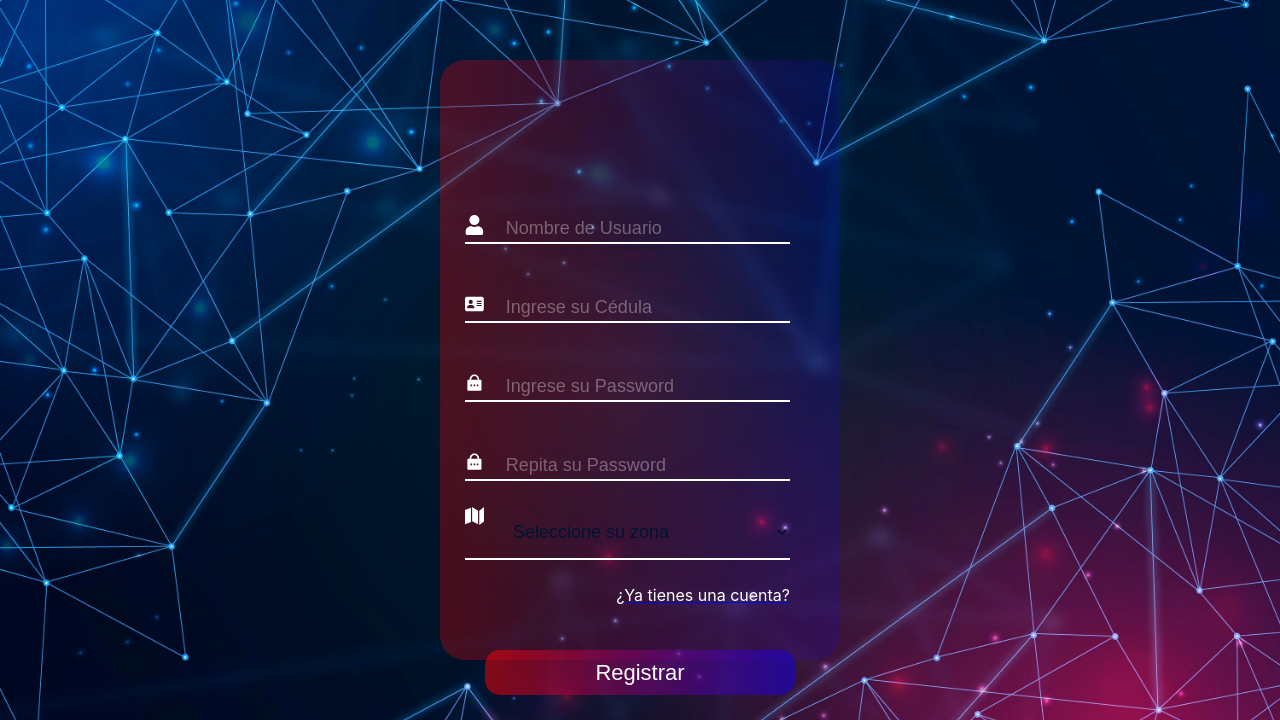
Repository: Davic1o/municipio
Page: /Registro
The author's editor kept a copy of each file at every save. The page is drawn from the files as they stood at one save, then again after the next save.
The browser window is 1280 px wide. The pictures show the whole page.
The project was rebuilt for these pictures with package versions that can differ from the ones it lists, and the page was loaded fresh each time. Also part of the build but not shown: src/pages/Login/Login.jsx, src/pages/Administrador/Admin.jsx, src/pages/Coord/Coord.jsx, src/pages/User/User.jsx, src/pages/ConfirmacionRegistro/ConfirmacionRegistro.jsx.

Above is the page before, as saved 2024-02-06 20:28:44.

### src/index.js
import React from 'react';
import ReactDOM from 'react-dom/client';
import './index.css';
import App from './App';
import { BrowserRouter } from 'react-router-dom';

const root = ReactDOM.createRoot(document.getElementById('root'));
root.render(
  <BrowserRouter>
    <App />
   </BrowserRouter>
);

### src/index.css
body {
  margin: 0;
  font-family: -apple-system, BlinkMacSystemFont, 'Segoe UI', 'Roboto', 'Oxygen',
    'Ubuntu', 'Cantarell', 'Fira Sans', 'Droid Sans', 'Helvetica Neue',
    sans-serif;
  -webkit-font-smoothing: antialiased;
  -moz-osx-font-smoothing: grayscale;
}

code {
  font-family: source-code-pro, Menlo, Monaco, Consolas, 'Courier New',
    monospace;
}
input{
  text-decoration: none;
  border: none;
}
button{
  background-color: transparent;
  text-decoration: none;
  border: none;
}

### src/App.jsx

import './App.css';
import Rutas from './routes/Rutas';

function App() {
  return (
    <div className="App">
      <Rutas/>
    </div>
  );
}

export default App;

### src/routes/Rutas.jsx
import React from 'react'
import { Routes, Route } from 'react-router-dom';
import Login from '../pages/Login/Login';
import Admin from '../pages/Administrador/Admin';
import Coord from '../pages/Coord/Coord';
import User from '../pages/User/User';
import Register from '../pages/Register/Register';
import ConfirmacionRegistro from '../pages/ConfirmacionRegistro/ConfirmacionRegistro';


function Rutas() {
  return (


    <Routes>
    <Route exact path="/" element={<Login/>} />
    <Route exact path="/Registro" element={<Register/>} />
    <Route exact path="/ConfirmacionRegistro" element={<ConfirmacionRegistro/>} />
    <Route exact path="/Administrador" element={<Admin/>} />
    <Route path='/Coordinador' element={<Coord/>} />
    <Route path='/Usuario' element={<User/>} />

    </Routes>

  )
}

export default Rutas

### src/pages/Register/Register.jsx
import React, { useState } from 'react';
import { FaUser } from 'react-icons/fa';
import { RiLockPasswordFill } from 'react-icons/ri';
import { FaAddressCard } from "react-icons/fa6";
import { ImMap } from "react-icons/im";
import { Link, useNavigate } from "react-router-dom";
import './register.css';

const Register = () => {
  const Navigate = useNavigate();
  const [username, setUsername] = useState('');
  const [cedula, setCedula] = useState('');
  const [password, setPassword] = useState('');
  const [confirmPassword, setConfirmPassword] = useState('');
  const [zona, setZona] = useState(''); // Nuevo estado para la zona
  const [errorMessage, setErrorMessage] = useState('');

  const validarFormulario = () => {
    if (password !== confirmPassword) {
      setErrorMessage('Las contraseñas no coinciden');
      alert('Las contraseñas no coinciden');
      limpiarCampos();
      return false;
    }

    if (!username || !cedula || !password || !confirmPassword || !zona) {
      setErrorMessage('Por favor, complete todos los campos.');
      alert('Por favor, complete todos los campos.');
      return false;
    }

    setErrorMessage('');
    return true;
  };

  const limpiarCampos = () => {
    setUsername('');
    setCedula('');
    setPassword('');
    setConfirmPassword('');
    setZona(''); // Limpiar el campo de la zona también
  };

  const handleRegistroClick = () => {
    if (validarFormulario()) {
      // Crear un objeto con la información del usuario
      const userInfo = {
        username,
        cedula,
        password,
        confirmPassword,
        zona,
      };

      console.log(userInfo);

      // Realizar acciones adicionales para el registro

      // Pasar userInfo como estado en Navigate
      Navigate('/ConfirmacionRegistro', { state: { userInfo } });

      // Limpia los campos después del registro exitoso
      limpiarCampos();
    }
  };

  return (
    <div className="login__container">
      <div className="register__recuadro">
        <div className="register__formulario">
          <div className="contenedor__nombre">
            <FaUser className="icon__nombre" />
            <input
              type="text"
              className="inp__nombre"
              placeholder="Nombre de Usuario"
              value={username}
              onChange={(e) => setUsername(e.target.value)}
            />
          </div>
          <div className="contenedor__nombre">
            <FaAddressCard className="icon__password" />
            <input
              type="text"
              className="inp__nombre"
              placeholder="Ingrese su Cédula"
              value={cedula}
              onChange={(e) => setCedula(e.target.value)}
            />
          </div>
          <div className="contenedor__password">
            <RiLockPasswordFill className="icon__password" />
            <input
              type="password"
              className="inp__password"
              placeholder="Ingrese su Password"
              value={password}
              onChange={(e) => setPassword(e.target.value)}
            />
          </div>
          <div className="contenedor__password">
            <RiLockPasswordFill className="icon__password" />
            <input
              type="password"
              className="inp__password"
              placeholder="Repita su Password"
              value={confirmPassword}
              onChange={(e) => setConfirmPassword(e.target.value)}
            />
          </div>
          <div className="contenedor__zona">
          <ImMap className="icon__password" />
            <select
              id="zona"
              value={zona}
              onChange={(e) => setZona(e.target.value)}
            >
              <option value="">Seleccione su zona</option>
              <option value="norte">Zona Norte</option>
              <option value="sur">Zona Sur</option>
              <option value="centro">Zona Centro</option>
            </select>
          </div>
          <div className="contenedor__registrar">
            <Link to={'/'}>
              <label htmlFor="" className="lbl__registrar">
                ¿Ya tienes una cuenta?
              </label>
            </Link>
          </div>
          <div className="contendor__ingresar">
            <button className="btn__ingresar" onClick={handleRegistroClick}>
              Registrar
            </button>
          </div>
        </div>
      </div>
    </div>
  );
};

export default Register;

### src/pages/Login/login.css
.login__container {
    background-image:  url('../../images/fondo_informacion.jpg');
    background-size: cover;
    height: 100vh;
    width: 100vw;
    box-sizing: border-box;
    display: flex;
    align-items: center;
    justify-content: center;
    z-index: 0;
}
.login__recuadro{
    width: 400px;
    height: 600px;
    border-radius: 25px;
    background: linear-gradient(to right, rgba(253, 0, 0, 0.288) 1%, rgba(16, 0, 235, 0.171));
}
.login__formulario{
    margin-top: 200px;
}
.contenedor__nombre, .contenedor__password{
    padding-top: 25px;
    width: 325px;
    margin: 25px;
    display: flex;
    border-bottom: 2px solid white ;
}
.icon__nombre, .icon__password{
    margin-right: 20px;
    font-size: 20px;
    background-color: transparent;
    color: white;
}
.inp__nombre, .inp__password{

    background-color: transparent;
    width: 300px;
    height: 25px;
    font-size: 18px;
    color: white;
}
.inp__nombre::placeholder, .inp__password::placeholder{
    font-size: 18px;
color: rgba(255, 255, 255, 0.336);
}
.inp__nombre:focus, .inp__password:focus{
    outline: none;
    font-size: 18px;
    border: none;
    color: white;
}
.contenedor__recuerdame{
    width: 325px;
    margin: 25px;
    display: flex;
}
.inp__recuerdame{
    transform: scale(1.5);
    margin-right: 20px;
}
.lbl__recuerdame{
    font-size: 18px;
    color: white;
}
.contenedor__registrar{
    width: 325px;
    margin: 25px;
    display: flex;
    justify-content: right;
}
.lbl__registrar{
    color: white;
}
.lbl__registrar:hover{
    color: blue;
    cursor: pointer;
}
.contendor__ingresar{

    background: linear-gradient(to right, rgba(253, 0, 0, 0.514) 1%, rgba(16, 0, 235, 0.514));
    border-radius: 15px;
    margin: 45px;
    display: flex;
    justify-content: center;
}
.btn__ingresar{
    height: 45px;
    color: white;
    font-size: 22px;
    cursor: pointer;

}

### src/pages/Register/register.css

.register__recuadro{
    width: 400px;
    height: 600px;
    border-radius: 25px;
    background: linear-gradient(to right, rgba(253, 0, 0, 0.288) 1%, rgba(16, 0, 235, 0.171));
}
.register__formulario{
    margin-top: 130px;
}

.contenedor__zona{
    width: 325px;
    margin: 25px;
    display: flex;
    justify-content: right;
    border-bottom: 2px solid white;
}


.contenedor__zona select {
    width: 300px;
    margin: 0px;
    justify-content: right;
    font-size: 18px;
    background-color: transparent;
    color: rgb(0, 20, 50);
    border: none;

    padding: 5px;
    margin-top: 10px;
    margin-bottom: 10px;
  }

  /* Estilos adicionales para resaltar el texto del placeholder */
  .contenedor__zona select::placeholder {
    color: rgba(255, 255, 255, 0.336);
    font-size: 18px;
  }

  .contenedor__zona select:focus {
    outline: none;
    border-bottom: 2px solid rgb(255, 255, 255); /* Cambia el color del borde cuando el select está enfocado */
  }

Loaded but not shown: public/index.html (common file); src/App.css (common file)

After the next save:
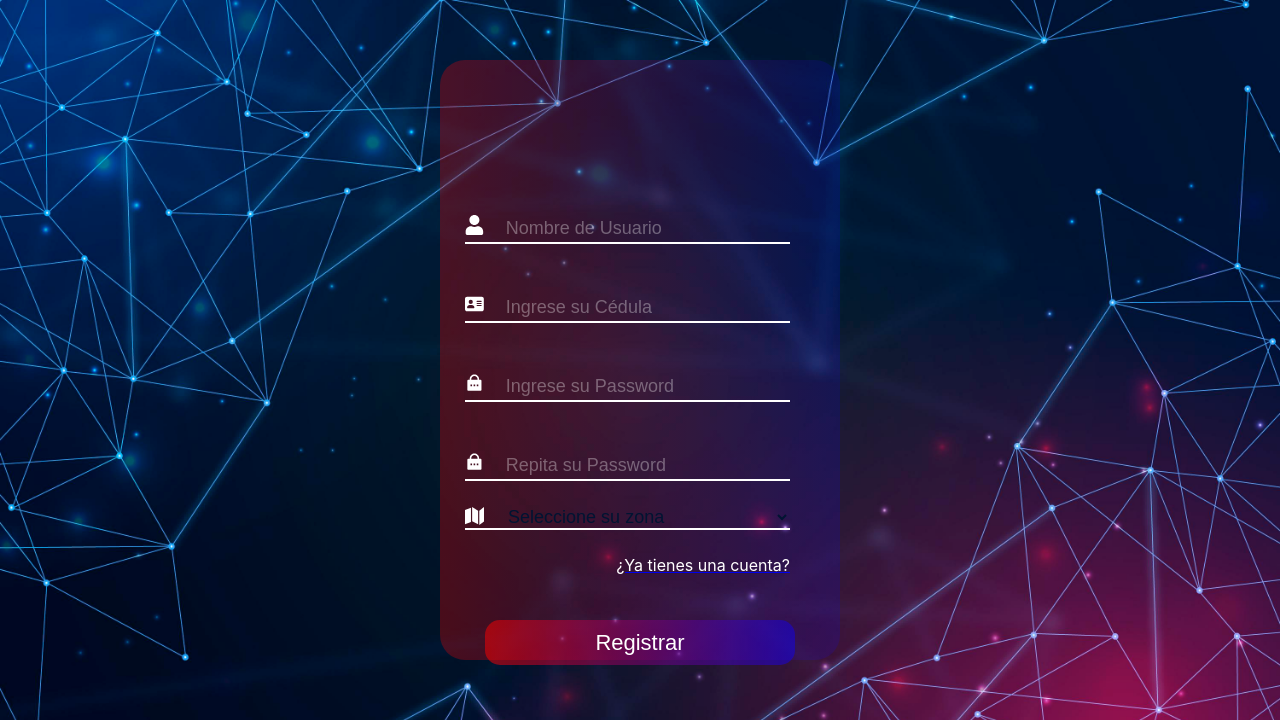
Saved 18 s later.
--- a/src/pages/Register/register.css
+++ b/src/pages/Register/register.css
@@ -26,10 +26,6 @@
     background-color: transparent;
     color: rgb(0, 20, 50);
     border: none;
-
-    padding: 5px;
-    margin-top: 10px;
-    margin-bottom: 10px;
   }
 
   /* Estilos adicionales para resaltar el texto del placeholder */
